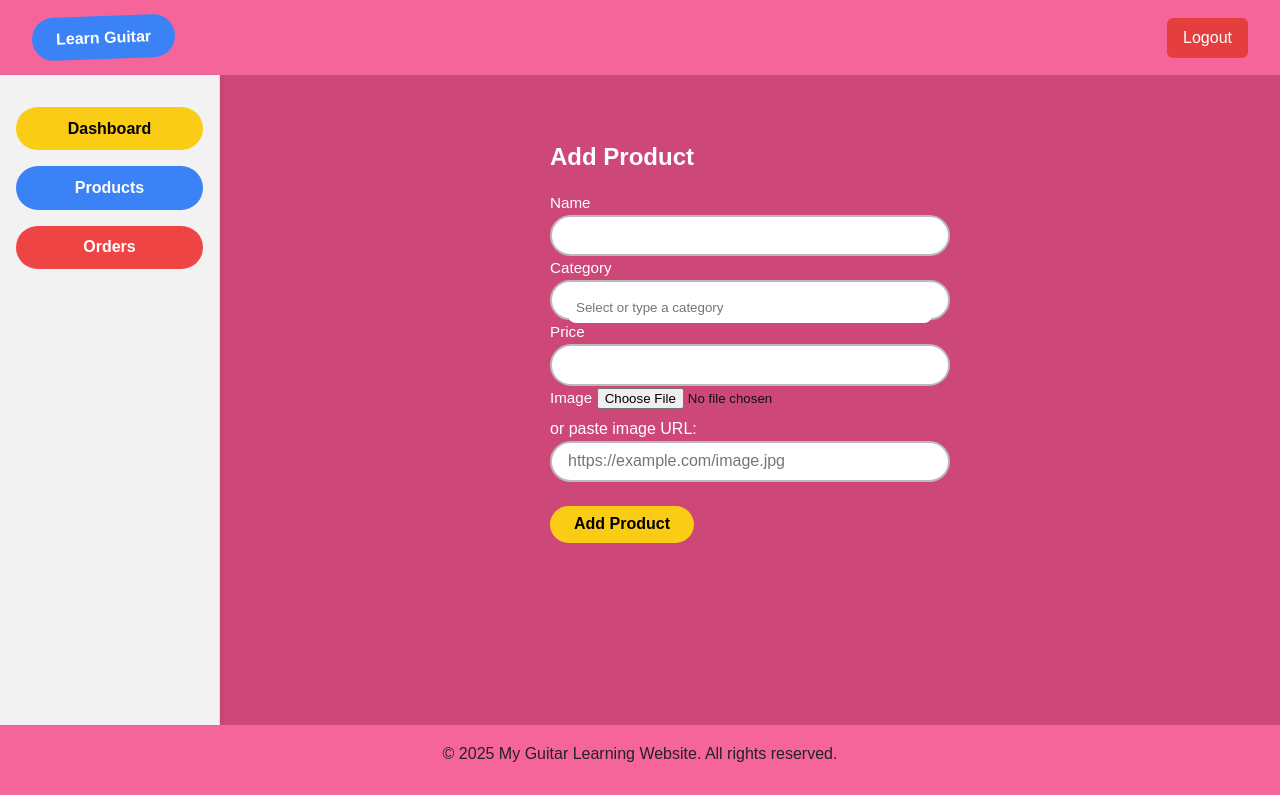
Repository: rywkoo/LearnGuitar
Page: templates/admin/addproduct.html
An editor plug-in stored every save of this project. The page is shown before and after the next save, followed by the edit.
The browser window is 1280 px wide. The pictures show the whole page.
The page is served by the project's application, run on Flask 3 (app.py). Other server files are loaded and not shown. The template is opened directly, without the code that normally fills it, so the values that code supplies are empty.

Above is the page before, as saved 2025-08-25 22:44:04.

### templates/admin/addproduct.html
{% extends "admin/admin_master.html" %}

{% block main_content %}


<style>
.custom-dropdown {
  padding-top: 10px;
  position: relative;
  width: 100%;
  height: 40px;
}

.custom-dropdown input {
  width: 100%;
  padding: 0.5rem;
  border-radius: 8px;
  border: 1px solid #ccc;
}

.dropdown-list {
  position: absolute;
  top: 100%;
  left: 0;
  right: 0;
  background: #fff;
  max-height: 150px;
  overflow-y: auto;
  border: 1px solid #ccc;
  border-radius: 8px;
  display: none;
  margin-top: 2px;
  z-index: 10;
}

.dropdown-list li {
  padding: 0.5rem;
  cursor: pointer;
}

.dropdown-list li:hover {
  background: #f0f0f0;
}

.dropdown-list li.other {
  font-style: italic;
  color: #555;
}
</style>


<div style="width: 400px; margin: 2rem auto;">
    <h2 style="color: white; margin-bottom: 1rem;">Add Product</h2>

    <form id="addProductForm" method="POST" enctype="multipart/form-data">
        <!-- Name -->
        <div class="mb-3">
            <label style="color: white;">Name</label>
            <input class="input" type="text" name="name" required>
        </div>

        <!-- Category -->
        <div class="mb-3">
            <label style="color: white;">Category</label>
            <div class="custom-dropdown input">
                <input
                    type="text"
                    id="categoryInput"
                    name="category"
                    placeholder="Select or type a category"
                    autocomplete="off"
                    value="{{ product['category'] if product else '' }}"
                    required
                    style="
                        background-color: white;
                        color: black;
                        border: none;
                        outline: none;
                        box-shadow: none;
                    "
                >

                <ul class="dropdown-list" id="categoryList">
                    {% for cat in categories %}
                        <li>{{ cat }}</li>
                    {% endfor %}
                    <li class="other">Other...</li>
                </ul>
            </div>
        </div>


        <!-- Price -->
        <div class="mb-3">
            <label style="color: white;">Price</label>
            <input class="input" type="number" name="price" required>
        </div>

        <!-- Image -->
        <div class="mb-3">
            <label style="color: white;">Image</label>
            <input type="file" name="image_file" accept="image/*" style="margin-bottom: 0.5rem;">
            <br>
            <span style="color: white;">or paste image URL:</span>
            <input class="input" type="text" name="image_url" placeholder="https://example.com/image.jpg">
        </div>

        <!-- Submit -->
    </br>
        <button class="btn btn-primary" type="submit">Add Product</button>
    </form>
</div>

<!-- Success Modal -->
<div id="successModal" style="
    display: none;
    position: fixed;
    inset: 0;
    background: rgba(0,0,0,0.5);
    justify-content: center;
    align-items: center;
    z-index: 999;
">
    <div style="
        background: #fff;
        padding: 2rem;
        border-radius: 12px;
        text-align: center;
        width: 300px;
    ">
        <div style="font-size: 3rem; color: green;">✔️</div>
        <h3>New Product Added!</h3>
    </div>
</div>

<script>
const form = document.getElementById('addProductForm');
const modal = document.getElementById('successModal');

form.addEventListener('submit', function(event) {
    event.preventDefault(); // Prevent default form submission

    const formData = new FormData(form);

    fetch(form.action || window.location.href, {
        method: 'POST',
        body: formData
    })
    .then(res => {
        if (res.ok) {
            // Show modal
            modal.style.display = 'flex';

            // Redirect to product list after 1.5s
            setTimeout(() => {
                window.location.href = "{{ url_for('admin_products') }}";
            }, 1500);
        } else {
            res.text().then(txt => alert('Error adding product: ' + txt));
        }
    })
    .catch(err => {
        console.error(err);
        alert('Error adding product.');
    });
});
</script>

<script>
const input = document.getElementById('categoryInput');
const list = document.getElementById('categoryList');

input.addEventListener('focus', () => {
  list.style.display = 'block';
});

input.addEventListener('input', () => {
  const value = input.value.toLowerCase();
  Array.from(list.children).forEach(li => {
    li.style.display = li.textContent.toLowerCase().includes(value) ? 'block' : 'none';
  });
});

Array.from(list.children).forEach(li => {
  li.addEventListener('click', () => {
    if (li.classList.contains('other')) {
      input.value = '';
      input.focus();
    } else {
      input.value = li.textContent;
    }
    list.style.display = 'none';
  });
});

document.addEventListener('click', e => {
  if (!e.target.closest('.custom-dropdown')) {
    list.style.display = 'none';
  }
});
</script>
{% endblock %}

### templates/admin/admin_master.html
<!DOCTYPE html>
<html lang="en">
<head>
  <meta charset="UTF-8">
  <title>{% block title %}My Flask App{% endblock %}</title>
  {% include "css.html" %}
</head>
<body style="margin:0; font-family: sans-serif;">

  <!-- ===== Navbar ===== -->
  <nav style="padding: 1rem 2rem; display: flex; justify-content: space-between; align-items: center; background: #f6659a; color:white;">
    <a href="/" class="btn btn-secondary btn-lg" style="transform: rotate(-2deg);">Learn Guitar</a>
    <div class="nav-links" style="display: flex; gap:5px;">
      <a href="/logout" style="padding: 0.5rem 1rem; background: #e53e3e; color:white; border-radius: 6px; text-decoration:none;">Logout</a>
    </div>
  </nav>

  <!-- ===== Layout Wrapper ===== -->
  <div style="display: flex; min-height: calc(100vh - 70px);">

    <!-- ===== Sidebar ===== -->
    <aside style="
      width: 220px;
      background: #f2f2f2;
      padding: 2rem 1rem;
      border-right: 1px solid #ddd;
      box-shadow: 2px 0 6px rgba(0,0,0,0.05);
    ">
      <nav style="display: flex; flex-direction: column; gap: 1rem;">
        <a class="btn btn-primary" href="/admin" >Dashboard</a>
        <a class="btn btn-secondary" href="/admin/products" >Products</a>
        <a class="btn btn-danger" href="/admin/orders" >Orders</a>
      </nav>
    </aside>

    <!-- ===== Main Content ===== -->
    <main style="flex: 1; padding: 2rem;">
      {% block main_content %}
      <!-- Page content will go here -->
      {% endblock %}
    </main>

  </div>

  <!-- ===== Footer ===== -->
  <footer style="text-align: center; padding: 1rem 1rem; background: #f6659a; color:white; border-top: 1px solid #f6659a;">
    <p>&copy; 2025 My Guitar Learning Website. All rights reserved.</p>
  </footer>

  {% include "script.html" %}

  <script src="https://unpkg.com/vue@3/dist/vue.global.js"></script>
</body>
</html>

### templates/css.html
<!-- css.html -->
<link rel="stylesheet" href="{{ url_for('static', filename='css/btn.css') }}">
<link rel="stylesheet" href="{{ url_for('static', filename='css/card.css') }}">
<link rel="stylesheet" href="{{ url_for('static', filename='css/input.css') }}">
<link rel="stylesheet" href="{{ url_for('static', filename='css/typography.css') }}">
<link rel="stylesheet" href="{{ url_for('static', filename='css/style.css') }}">
<link rel="stylesheet" href="{{ url_for('static', filename='css/animation.css') }}">
<link rel="stylesheet" href="{{ url_for('static', filename='css/lesson.css') }}">
<link rel="stylesheet" href="{{ url_for('static', filename='css/shop.css') }}">

### templates/script.html
<script src="https://cdn.jsdelivr.net/npm/sweetalert2@11"></script>
<script>
  // ===== Background Slider =====
  (function() {
    const bgSlider = document.querySelector('.hero-left .hero-bg-slider');
    if (!bgSlider) return; // Exit if element doesn't exist

    const images = [
      'https://www.uk-anime.net/images/bocchimain.png',
      'https://www.cnet.com/a/img/resize/3b4b3e192a9d75bd060ba4debe8d13a14caef990/hub/2024/07/06/b6981ace-771d-4971-8a9e-60e8c83bc66e/bocchi-the-rock-photo-1.jpg?auto=webp&fit=crop&height=900&width=1200',
      'https://www.uk-anime.net/images/bocchimain.png',
      'https://www.cnet.com/a/img/resize/3b4b3e192a9d75bd060ba4debe8d13a14caef990/hub/2024/07/06/b6981ace-771d-4971-8a9e-60e8c83bc66e/bocchi-the-rock-photo-1.jpg?auto=webp&fit=crop&height=900&width=1200'
    ];

    let current = 0;

    function changeBackground() {
      bgSlider.style.backgroundImage = `url(${images[current]})`;
      current = (current + 1) % images.length;
    }

    changeBackground();
    setInterval(changeBackground, 5000);
  })();
</script>

<script>
  // ===== Quantity Adjust =====
  function adjustQty(delta) {
    const input = document.getElementById('quantityInput');
    if (!input) return; // Exit if element doesn't exist

    let value = parseInt(input.value);
    if (!isNaN(value)) {
      input.value = Math.max(1, value + delta);
    }
  }
</script>

### app.py
from flask import Flask, render_template, request, redirect, url_for, flash, session, jsonify
from flask_mail import Mail, Message
import json
import requests
from datetime import date
from dotenv import load_dotenv
import os
from reportlab.lib.pagesizes import letter
from reportlab.pdfgen import canvas

app = Flask(__name__)
app.secret_key = "741e4fa4-f067-4aec-b48d-deb18e9cca92"

import route

@app.route("/components")
def components():
    return render_template("component.html")

if __name__ == "__main__":
    app.run(debug=True)

### static/css/btn.css
.btn {
  display: inline-block;
  padding: 0.6rem 1.5rem;
  border-radius: 9999px;  /* fully rounded */
  border: none;
  cursor: pointer;
  font-weight: 600;
  text-decoration: none;
  transition: background 0.2s, box-shadow 0.2s;
  font-size: 1rem;

  /* Add shadow */
/* flat shadow downwards */
}

/* Optional: hover effect (slightly stronger shadow) */
.btn:hover {
  box-shadow: 0 3px 0 #45454576;
}

/* Primary: Yellow bg, black text */
.btn-primary {
  background: #facc15;
  color: #000;
}

/* Secondary: Blue bg, white text */
.btn-secondary {
  background: #3b82f6;
  color: #fff;
}

/* Danger: Red bg, white text */
.btn-danger {
  background: #ef4444;
  color: #fff;
}

### static/css/card.css
/* ===== Base Card Component ===== */
.card {
  border-radius: 16px;       /* rounded corners */
  padding: 1.5rem;
  margin-bottom: 1.5rem;
  transition: box-shadow 0.3s, transform 0.2s;
  color: #111;               /* default text color */
  box-shadow: 0 4px 0 #888888; /* default flat shadow */
}

.card:hover {
  transform: translateY(-2px);
  box-shadow: 0 6px 0 #888888; /* slightly longer shadow on hover */
}

/* ===== Card Variants ===== */

/* Primary - Pink */
.card-pink {
  background: #f6659a;       /* light pink */
  box-shadow: 0 4px 0 #d35c7f;
}
.card-pink:hover {
  box-shadow: 0 6px 0 #af4d6b;
}

/* Secondary - Yellow */
.card-yellow {
  background: #facc15;       /* yellow */
  box-shadow: 0 4px 0 #d4a90f;
}
.card-yellow:hover {
  box-shadow: 0 6px 0 #e0b01a;
}

/* Danger/Accent - Blue */
.card-blue {
  background: #3b82f6;       /* blue */
  color: #fff;               /* white text for contrast */
  box-shadow: 0 4px 0 #2563eb;
}
.card-blue:hover {
  box-shadow: 0 6px 0 #1d4ed8;
}

/* Card header */
.card h2 {
  font-size: 1.25rem;
  margin-bottom: 0.8rem;
}

/* Card paragraph/text */
.card p {
  font-size: 1rem;
}

### static/css/input.css
/* ===== Input Fields ===== */
* {
  margin: 0;
  padding: 0;
  box-sizing: border-box; /* ensures padding is included in width */
}


.input {
  width: 100%;
  padding: 0.6rem 1rem;
  border: 2px solid #bababa;   /* gray border matching shadow */
  border-radius: 9999px;       /* fully rounded, like buttons */
  background: #ffffff;         /* very light pink background */
  font-size: 1rem;
  outline: none;
  transition: border-color 0.2s, box-shadow 0.2s;
  color: #111;                 /* dark text */
}

### static/css/typography.css
/* ===== Global Text Settings ===== */
body {
  font-family: 'Segoe UI', Tahoma, Geneva, Verdana, sans-serif;
  color: #111;       /* dark text for readability */
  line-height: 1.5;
  background: #fffafc; /* subtle light background */
}

/* ===== Headings ===== */
h1 {
  font-size: 2rem;
  font-weight: 700;
  margin-bottom: 1rem;
  color: #111;
}

h2 {
  font-size: 1.5rem;
  font-weight: 600;
  margin-bottom: 0.8rem;
  color: #111;
}

h3 {
  font-size: 1.25rem;
  font-weight: 500;
  margin-bottom: 0.6rem;
  color: #111;
}

/* ===== Paragraphs ===== */
p {
  font-size: 1rem;
  margin-bottom: 0.8rem;
  color: #222;  /* slightly lighter than headings */
}

/* ===== Labels ===== */
label {
  font-size: 0.95rem;
  font-weight: 500;
  color: #111;
}

/* ===== Links ===== */
a {
  text-decoration: none;
  transition: color 0.2s;
}

a:hover {
  text-decoration: none;
}

/* ===== Small Text ===== */
small {
  font-size: 0.85rem;
  color: #ffffff;
}

/* ===== Button Text ===== */
.btn {
  font-family: inherit; /* use same font as body */
  font-weight: 600;
  font-size: 1rem;
  text-align: center;
}

### static/css/style.css
body {
    background-color: #cd4778;
}

### static/css/animation.css

/* Animate background position horizontally */
@keyframes slideBg {
  0% { background-position: 0% center; }
  25% { background-position: 100% center; }
  50% { background-position: 200% center; }
  75% { background-position: 300% center; }
  100% { background-position: 400% center; }
}

### static/css/lesson.css
/* ===== Lesson Cards ===== */
.lesson-card {
  display: flex;
  align-items: center;
  gap: 1rem;
  padding: 1rem 1.5rem;
  border-radius: 16px;
  box-shadow: 0 4px 0 #888888; /* flat shadow downward */
  background: #fff;
  transition: transform 0.2s, box-shadow 0.2s;
}

.lesson-card:hover {
  transform: translateY(-3px);
  box-shadow: 0 6px 0 #666666;
}

/* Lesson image on the left */
.lesson-image img {
  width: 100px;
  height: 100px;
  object-fit: cover;
  border-radius: 8px;
}

/* Title in the middle */
.lesson-title {
  flex: 1;
  font-size: 1.2rem;
  color: #111;
}

/* Button on the right */
.lesson-action .btn {
  padding: 0.5rem 1.2rem;
  font-size: 1rem;
}

/* Optional: responsive for small screens */
@media (max-width: 600px) {
  .lesson-card {
    flex-direction: column;
    align-items: flex-start;
  }
  .lesson-action {
    width: 100%;
    margin-top: 0.5rem;
  }
}

### static/css/shop.css
/* ===== Shop Container ===== */

.hidden-card {
    display: none !important;
}

.shop-container {
  display: flex;
  gap: 2rem;
  padding: 2rem;
  max-width: 1400px;    /* limit width */
  margin: 0 auto;       /* center horizontally */
  box-sizing: border-box;
}

/* ===== Shop Sidebar ===== */
.shop-sidebar {
  width: 400px;
  flex-shrink: 0;
  background: #f5f5f5;
  padding: 1.5rem;
  border-radius: 16px;
  box-shadow: 0 4px 0 #ccc;
  display: flex;
  flex-direction: column;
  gap: 1.5rem;
  position: sticky;
  top: 1rem;
  height: fit-content;
}

/* Sidebar headings */
.shop-sidebar h3 {
  font-size: 1.1rem;
  font-weight: 600;
  color: #111;
  margin-bottom: 0.5rem;
}

/* Inputs inside sidebar */
.shop-sidebar input[type="text"],
.shop-sidebar input[type="checkbox"] {
  margin-bottom: 0.5rem;
}

/* Checkbox labels */
.shop-sidebar label {
  display: flex;
  align-items: center;
  gap: 0.5rem;
  font-size: 0.9rem;
  color: #111;
  cursor: pointer;
}

/* Filter button */
.shop-sidebar .btn-filter {
  background: #3b82f6;
  color: #fff;
  padding: 0.6rem 1rem;
  border-radius: 12px;
  font-weight: 600;
  border: none;
  cursor: pointer;
  transition: background 0.2s, box-shadow 0.2s;
}
.shop-sidebar .btn-filter:hover {
  background: #2563eb;
  box-shadow: 0 3px 0 #666;
}

/* ===== Shop Products Grid ===== */
.shop-products {
  display: grid;
  grid-template-columns: repeat(auto-fill, minmax(250px, 1fr));
  gap: 1rem;
  flex: 1;
}

/* ===== Shop / Instrument Card ===== */
.shop-card {
  display: flex;
  flex-direction: column;
  align-items: center;
  gap: 0.5rem;
  padding: 1rem;
  border-radius: 16px;
  box-shadow: 0 4px 0 #888;
  background: #fff;
  transition: transform 0.2s, box-shadow 0.2s;
}
.shop-card:hover {
  transform: translateY(-3px);
  box-shadow: 0 6px 0 #666;
}

/* Category badge */
.shop-card .shop-category {
  padding: 0.2rem 0.6rem;
  border-radius: 12px;
  background-color: #facc15;
  color: #111;
  font-size: 0.8rem;
  font-weight: 600;
  text-transform: uppercase;
}

/* Instrument image */
.shop-card img {
  width: 100%;
  aspect-ratio: 1 / 1;
  object-fit: cover;
  border-radius: 12px;
}

/* Instrument title */
.shop-card .shop-title {
  font-size: 1.1rem;
  font-weight: 600;
  text-align: center;
  color: #111;
}

/* Price */
.shop-card .shop-price {
  font-size: 1rem;
  font-weight: 500;
  color: #444;
}

/* Add to Cart button */
.shop-card .btn-add {
  padding: 0.5rem 1rem;
  margin-top: 0.5rem;
  width: 100%;
  text-align: center;
  border-radius: 12px;
}

/* ===== Responsive adjustments ===== */
@media (max-width: 992px) {
  .shop-container {
    flex-direction: column;
  }

  .shop-sidebar {
    width: 100%;
    position: relative;
    top: auto;
    box-shadow: none;
    border-radius: 0;
    padding: 1rem 0;
  }

  .shop-products {
    grid-template-columns: repeat(auto-fill, minmax(200px, 1fr));
  }
}

After the next save:
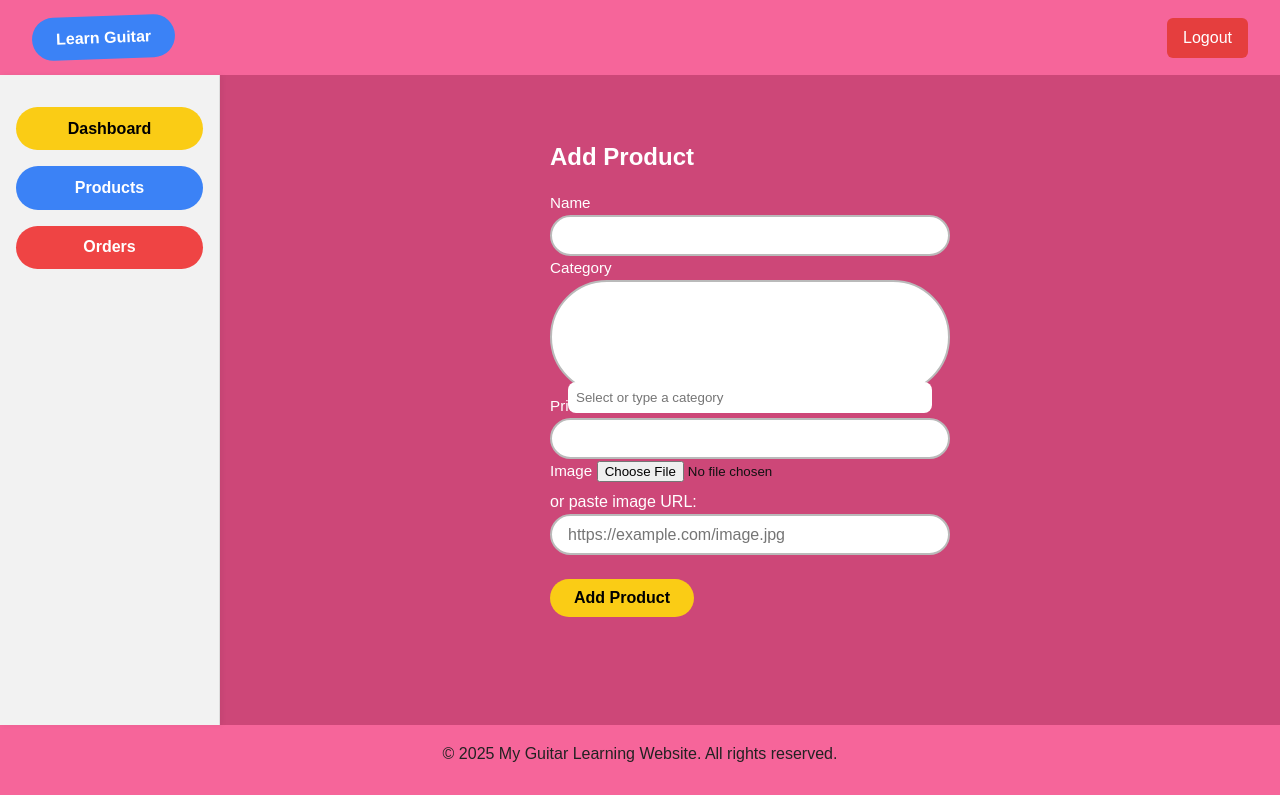
Saved 5 s later.
--- a/templates/admin/addproduct.html
+++ b/templates/admin/addproduct.html
@@ -5,7 +5,7 @@
 
 <style>
 .custom-dropdown {
-  padding-top: 10px;
+  padding-top: 100px;
   position: relative;
   width: 100%;
   height: 40px;

After the save that followed:
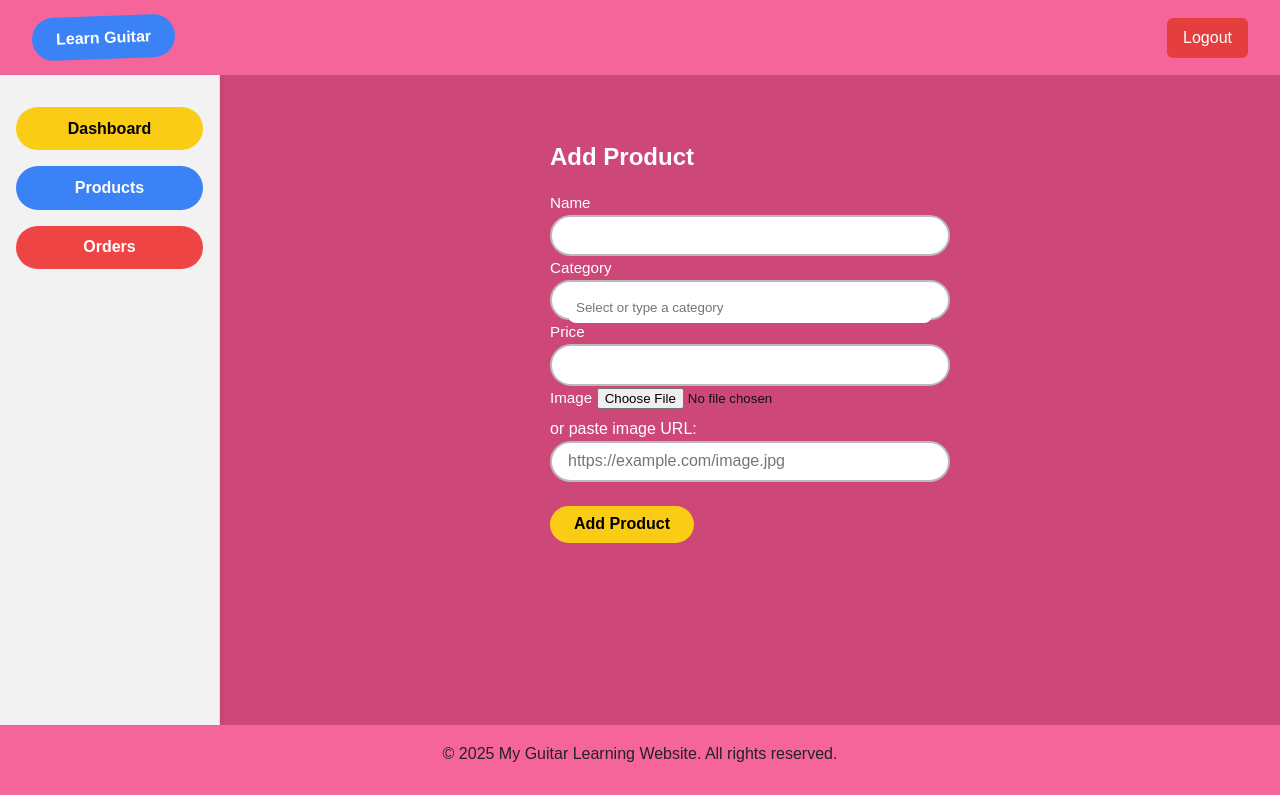
Saved 6 s later.
--- a/templates/admin/addproduct.html
+++ b/templates/admin/addproduct.html
@@ -5,7 +5,6 @@
 
 <style>
 .custom-dropdown {
-  padding-top: 100px;
   position: relative;
   width: 100%;
   height: 40px;
